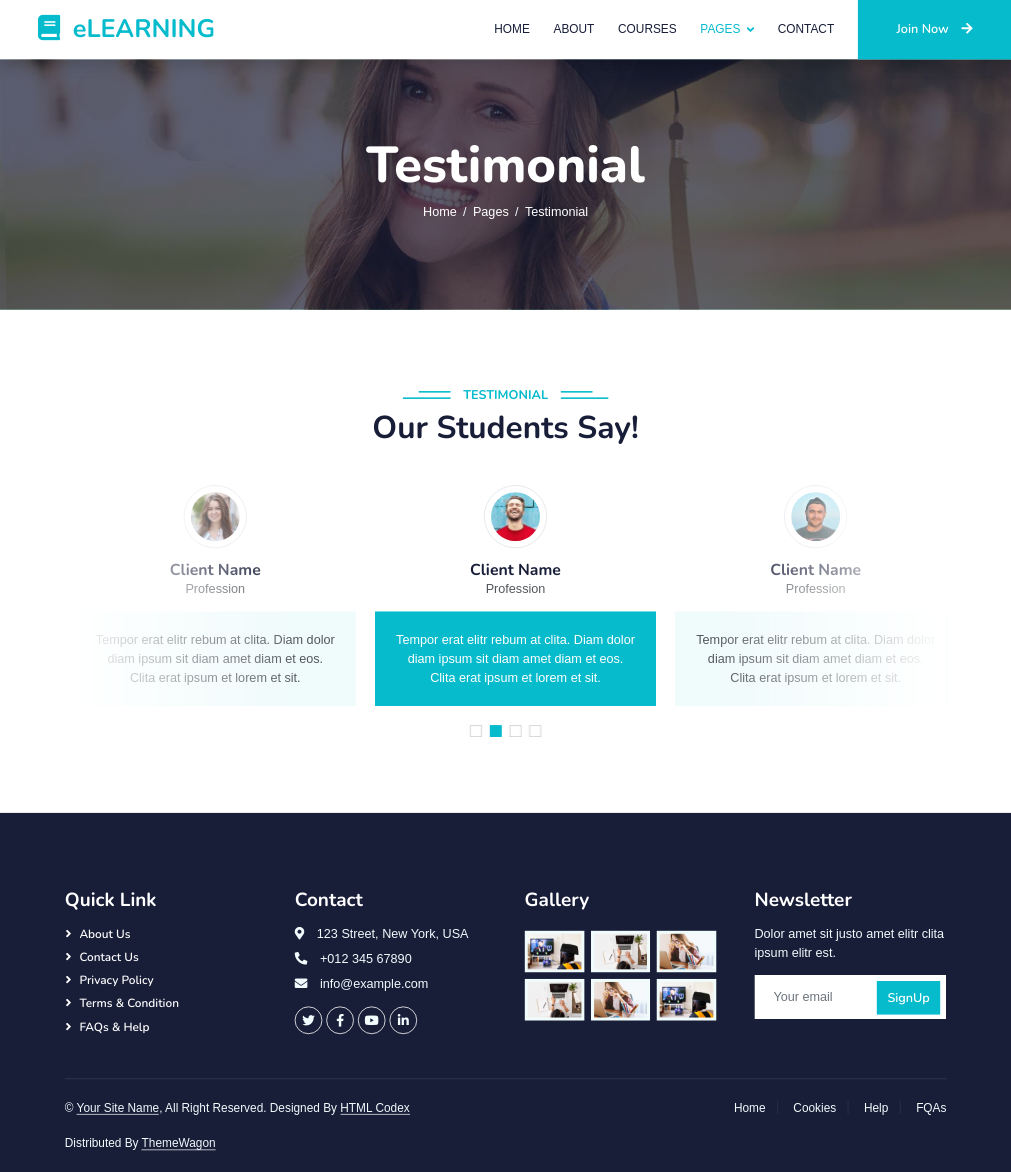
Repository: Arumugam2002/ARUMUGAM-TOPS-DAILY-TASKS
Page: http://localhost/testimonial
An editor plug-in stored every save of this project. The page is shown before and after the next save, followed by the edit.
The browser window is 1280 px wide. The pictures show the whole page, at 79% of full size.
Some web fonts or font styles are not loaded; a fallback is used. Some web libraries are served in a nearby version. The page is this project's Thymeleaf template; nobody is signed in. The template is opened directly, without the code that normally fills it, so the values that code supplies are empty.

Above is the page before, as saved 2024-07-16 06:28:00.

After the next save:
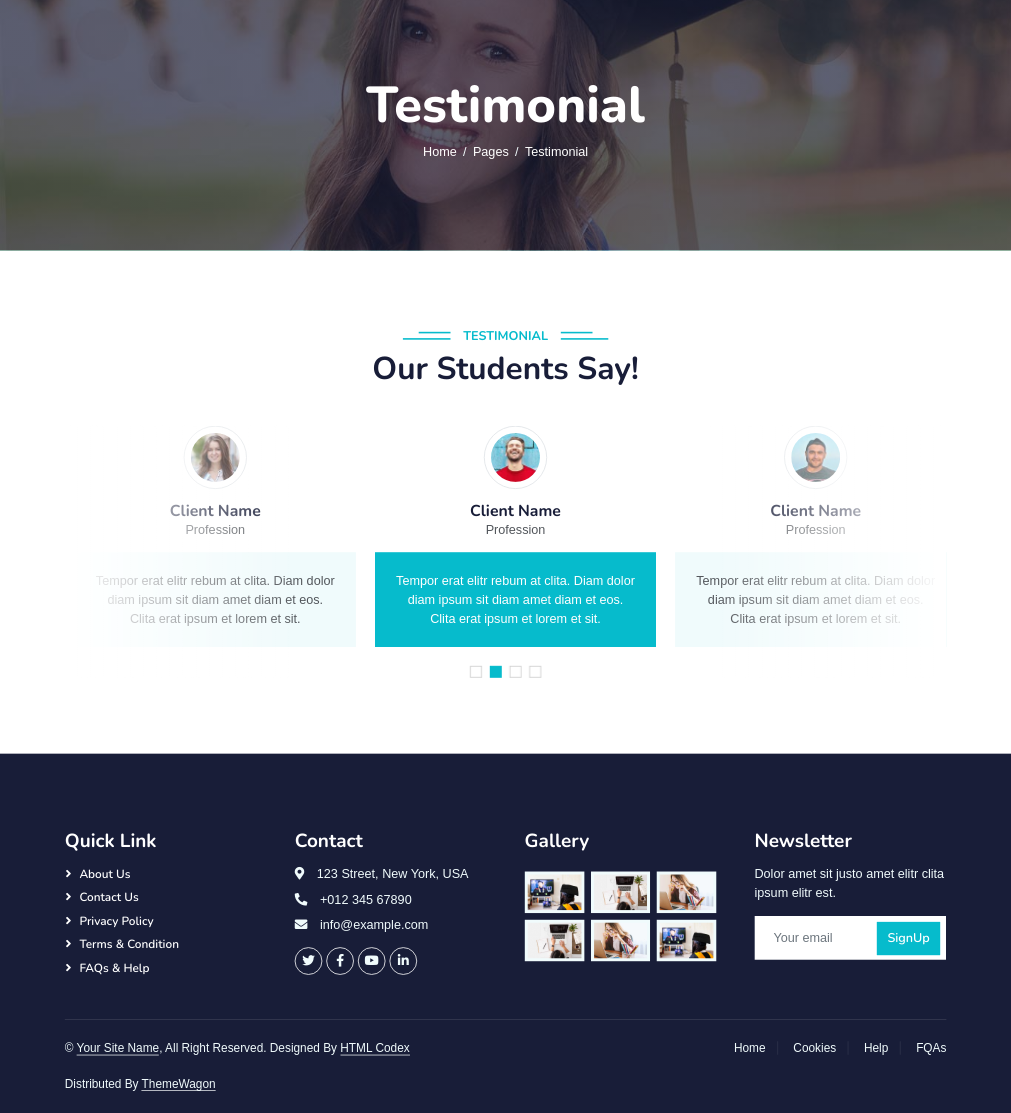
Saved 17 s later.
--- a/Java SpringBoot/Spring_Eclipse/SpringwithTemplate/src/main/resources/templates/testimonial.html
+++ b/Java SpringBoot/Spring_Eclipse/SpringwithTemplate/src/main/resources/templates/testimonial.html
@@ -13,33 +13,7 @@
     <!-- Spinner End -->
 
 
-    <!-- Navbar Start -->
-    <nav class="navbar navbar-expand-lg bg-white navbar-light shadow sticky-top p-0">
-        <a href="index.html" class="navbar-brand d-flex align-items-center px-4 px-lg-5">
-            <h2 class="m-0 text-primary"><i class="fa fa-book me-3"></i>eLEARNING</h2>
-        </a>
-        <button type="button" class="navbar-toggler me-4" data-bs-toggle="collapse" data-bs-target="#navbarCollapse">
-            <span class="navbar-toggler-icon"></span>
-        </button>
-        <div class="collapse navbar-collapse" id="navbarCollapse">
-            <div class="navbar-nav ms-auto p-4 p-lg-0">
-                <a href="index.html" class="nav-item nav-link">Home</a>
-                <a href="about.html" class="nav-item nav-link">About</a>
-                <a href="courses.html" class="nav-item nav-link">Courses</a>
-                <div class="nav-item dropdown">
-                    <a href="#" class="nav-link dropdown-toggle active" data-bs-toggle="dropdown">Pages</a>
-                    <div class="dropdown-menu fade-down m-0">
-                        <a href="team.html" class="dropdown-item">Our Team</a>
-                        <a href="testimonial.html" class="dropdown-item active">Testimonial</a>
-                        <a href="404.html" class="dropdown-item">404 Page</a>
-                    </div>
-                </div>
-                <a href="contact.html" class="nav-item nav-link">Contact</a>
-            </div>
-            <a href="" class="btn btn-primary py-4 px-lg-5 d-none d-lg-block">Join Now<i class="fa fa-arrow-right ms-3"></i></a>
-        </div>
-    </nav>
-    <!-- Navbar End -->
+
 
 
     <!-- Header Start -->
